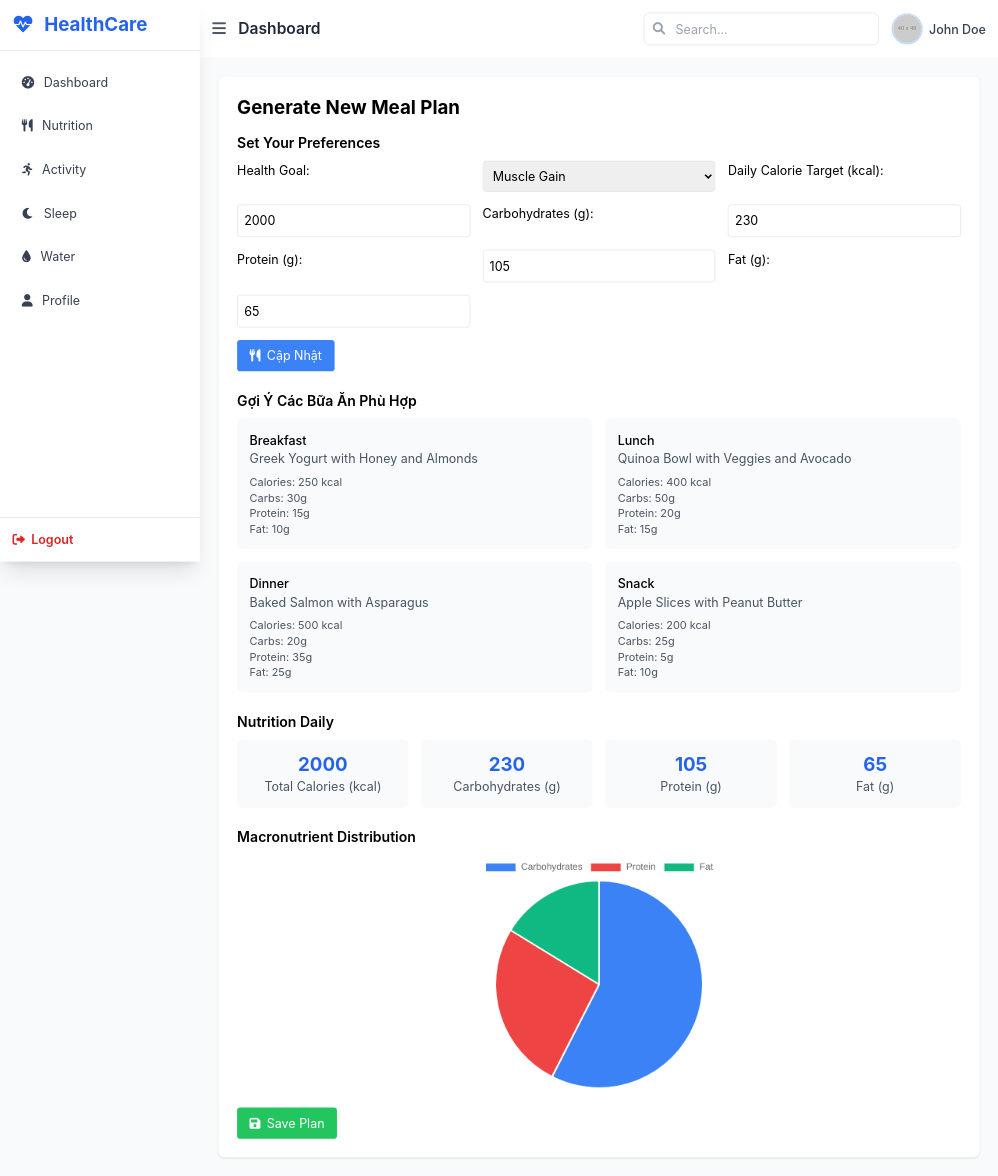
Repository: Khank2104/Khank
Page: http://localhost/generate_meal_plan/
An editor plug-in stored every save of this project. The page is shown before and after the next save, followed by the edit.
The browser window is 1280 px wide. The pictures show the whole page, at 78% of full size.
Some web libraries are served in a nearby version. The page is served by the project's application, run on Django 5.2 (manage.py). The first stored user is signed in. Other server files are loaded and not shown. The page reads the database file committed with the project.

Above is the page before, as saved 2025-05-17 10:45:58.

### main/templatetags/form_filters.py
from django import template

register = template.Library()

@register.filter(name='add_class')
def add_class(field, css_class):
    try:
        return field.as_widget(attrs={"class": css_class})
    except AttributeError:
        return field  # fallback nếu field không có .as_widget

### main/templates/main/generate_meal_plan.html
{% extends 'main/base.html' %}
{% load form_filters %}
{% block title %}Tạo bữa ăn{% endblock %}

{% block content %}
<div class="bg-white p-6 rounded-lg shadow">
    <h2 class="text-2xl font-bold mb-4">Generate New Meal Plan</h2>

    <!-- User Preferences Form -->
    <div class="mb-6">
        <h3 class="text-lg font-semibold mb-2">Set Your Preferences</h3>
        <form method="POST" class="grid grid-cols-1 md:grid-cols-3 gap-4">
            {% csrf_token %}
            {{ form.goal_type.label_tag }}
            {{ form.goal_type|add_class:"w-full p-2 border rounded" }}

            {{ form.calorie_target.label_tag }}
            {{ form.calorie_target|add_class:"w-full p-2 border rounded" }}

            {{ form.carbs.label_tag }}
            {{ form.carbs|add_class:"w-full p-2 border rounded" }}

            {{ form.protein.label_tag }}
            {{ form.protein|add_class:"w-full p-2 border rounded" }}

            {{ form.fat.label_tag }}
            {{ form.fat|add_class:"w-full p-2 border rounded" }}

            <div class="md:col-span-3 flex items-end">
                <button type="submit" class="bg-blue-500 text-white px-4 py-2 rounded hover:bg-blue-600">
                    <i class="fas fa-utensils mr-2"></i>Cập Nhật
                </button>
            </div>
        </form>
    </div>

    <!-- Generated Meal Plan -->
    <div class="mb-6">
        <h3 class="text-lg font-semibold mb-2">Gợi Ý Các Bữa Ăn Phù Hợp</h3>
        <div class="grid grid-cols-1 md:grid-cols-2 gap-4">
            <div class="bg-gray-50 p-4 rounded-lg">
                <h4 class="font-medium">Breakfast</h4>
                <p class="text-gray-600">Greek Yogurt with Honey and Almonds</p>
                <ul class="text-gray-600 text-sm mt-2">
                    <li>Calories: 250 kcal</li>
                    <li>Carbs: 30g</li>
                    <li>Protein: 15g</li>
                    <li>Fat: 10g</li>
                </ul>
            </div>
            <div class="bg-gray-50 p-4 rounded-lg">
                <h4 class="font-medium">Lunch</h4>
                <p class="text-gray-600">Quinoa Bowl with Veggies and Avocado</p>
                <ul class="text-gray-600 text-sm mt-2">
                    <li>Calories: 400 kcal</li>
                    <li>Carbs: 50g</li>
                    <li>Protein: 20g</li>
                    <li>Fat: 15g</li>
                </ul>
            </div>
            <div class="bg-gray-50 p-4 rounded-lg">
                <h4 class="font-medium">Dinner</h4>
                <p class="text-gray-600">Baked Salmon with Asparagus</p>
                <ul class="text-gray-600 text-sm mt-2">
                    <li>Calories: 500 kcal</li>
                    <li>Carbs: 20g</li>
                    <li>Protein: 35g</li>
                    <li>Fat: 25g</li>
                </ul>
            </div>
            <div class="bg-gray-50 p-4 rounded-lg">
                <h4 class="font-medium">Snack</h4>
                <p class="text-gray-600">Apple Slices with Peanut Butter</p>
                <ul class="text-gray-600 text-sm mt-2">
                    <li>Calories: 200 kcal</li>
                    <li>Carbs: 25g</li>
                    <li>Protein: 5g</li>
                    <li>Fat: 10g</li>
                </ul>
            </div>
        </div>
    </div>

    <!-- Nutrition Daily -->
    <div class="mb-6">
        <h3 class="text-lg font-semibold mb-2">Nutrition Daily</h3>
        <div class="grid grid-cols-1 md:grid-cols-4 gap-4">
            <div class="bg-gray-50 p-4 rounded-lg text-center">
                <p class="text-2xl font-bold text-blue-600">{{ form.calorie_target.value }}</p>
                <p class="text-gray-600">Total Calories (kcal)</p>
            </div>
            <div class="bg-gray-50 p-4 rounded-lg text-center">
                <p class="text-2xl font-bold text-blue-600">{{ form.carbs.value }}</p>
                <p class="text-gray-600">Carbohydrates (g)</p>
            </div>
            <div class="bg-gray-50 p-4 rounded-lg text-center">
                <p class="text-2xl font-bold text-blue-600">{{ form.protein.value }}</p>
                <p class="text-gray-600">Protein (g)</p>
            </div>
            <div class="bg-gray-50 p-4 rounded-lg text-center">
                <p class="text-2xl font-bold text-blue-600">{{ form.fat.value }}</p>
                <p class="text-gray-600">Fat (g)</p>
            </div>
        </div>
    </div>

    <!-- Macronutrient Distribution Chart -->
    <div class="mb-6">
        <h3 class="text-lg font-semibold mb-2">Macronutrient Distribution</h3>
        <div class="chart-container">
            <canvas id="macroChart"></canvas>
        </div>
    </div>

    <!-- Save or Share Plan -->
    <form method="POST" action="{% url 'save_meal_plan' %}">
        {% csrf_token %}
        <!-- hidden fields để giữ lại dữ liệu -->
        <input type="hidden" name="goal_type" value="{{ form.goal_type.value }}">
        <input type="hidden" name="calorie_target" value="{{ form.calorie_target.value }}">
        <input type="hidden" name="carbs" value="{{ form.carbs.value }}">
        <input type="hidden" name="protein" value="{{ form.protein.value }}">
        <input type="hidden" name="fat" value="{{ form.fat.value }}">

        <button class="bg-green-500 text-white px-4 py-2 rounded hover:bg-green-600">
            <i class="fas fa-save mr-2"></i>Save Plan
        </button>
    </form>

</div>
<script>
    // Macronutrient Distribution Chart (Pie)
    const macroCtx = document.getElementById('macroChart').getContext('2d');
    new Chart(macroCtx, {
        type: 'pie',
        data: {
            labels: ['Carbohydrates', 'Protein', 'Fat'],
            datasets: [{
                data: [
                    parseInt("{{ form.carbs.value|default_if_none:0 }}"),
                    parseInt("{{ form.protein.value|default_if_none:0 }}"),
                    parseInt("{{ form.fat.value|default_if_none:0 }}")
                ],
                backgroundColor: [
                    'rgb(59, 130, 246)',
                    'rgb(239, 68, 68)',
                    'rgb(16, 185, 129)'
                ],
                borderColor: '#fff',
                borderWidth: 2
            }]
        },
        options: {
            responsive: true,
            maintainAspectRatio: false,
            plugins: {
                legend: {
                    position: 'bottom'
                }
            }
        }
    });
</script>
{% endblock %}

### accounts/models.py
from django.contrib.auth.models import AbstractUser
from django.db import models

class User(AbstractUser):
    email = models.EmailField(unique=True)

    USERNAME_FIELD = 'email'
    REQUIRED_FIELDS = ['username']

    date_of_birth = models.DateField(null=True, blank=True)
    height_cm = models.FloatField(null=True, blank=True)
    weight_kg = models.FloatField(null=True, blank=True)
    gender = models.CharField(
        max_length=10,
        choices=[('male', 'Nam'), ('female', 'Nữ')],
        null=True,
        blank=True
    )

    @property
    def bmi(self):
        if self.height_cm and self.weight_kg:
            height_m = self.height_cm / 100
            return round(self.weight_kg / (height_m ** 2), 1)
        return None

### nutrition/forms.py
from django import forms

GOAL_CHOICES = [
    ('weight_loss', 'Weight Loss'),
    ('muscle_gain', 'Muscle Gain'),
    ('maintenance', 'Maintenance'),
    ('energy', 'Improve Energy'),
]

class GoalSelectionForm(forms.Form):
    goal_type = forms.ChoiceField(choices=GOAL_CHOICES, label='Health Goal')

    # Các trường còn lại để readonly (không required)
    calorie_target = forms.IntegerField(label='Daily Calorie Target (kcal)', required=False)
    carbs = forms.IntegerField(label='Carbohydrates (g)', required=False)
    protein = forms.IntegerField(label='Protein (g)', required=False)
    fat = forms.IntegerField(label='Fat (g)', required=False)

### nutrition/models.py
from django.db import models

class GoalRecommendation(models.Model):
    GOAL_CHOICES = [
        ('weight_loss', 'Weight Loss'),
        ('muscle_gain', 'Muscle Gain'),
        ('maintenance', 'Maintenance'),
        ('energy', 'Improve Energy'),
    ]

    goal_type = models.CharField(max_length=20, choices=GOAL_CHOICES)
    bmi_min = models.FloatField()
    bmi_max = models.FloatField()
    calories = models.PositiveIntegerField()
    carbs = models.PositiveIntegerField()
    protein = models.PositiveIntegerField()
    fat = models.PositiveIntegerField()

    def __str__(self):
        return f"{self.goal_type} (BMI {self.bmi_min}-{self.bmi_max})"

from django.conf import settings

class SavedMealPlan(models.Model):
    user = models.OneToOneField(settings.AUTH_USER_MODEL, on_delete=models.CASCADE)
    goal_type = models.CharField(max_length=20, choices=GoalRecommendation.GOAL_CHOICES)
    calorie_target = models.PositiveIntegerField()
    carbs = models.PositiveIntegerField()
    protein = models.PositiveIntegerField()
    fat = models.PositiveIntegerField()

    def __str__(self):
        return f"SavedPlan for {self.user.email}"



#test

class SuggestedMeal(models.Model):
    MEAL_TYPE_CHOICES = [
        ('breakfast', 'Breakfast'),
        ('lunch', 'Lunch'),
        ('dinner', 'Dinner'),
        ('snack', 'Snack'),
    ]
    GOAL_CHOICES = [
        ('weight_loss', 'Weight Loss'),
        ('muscle_gain', 'Muscle Gain'),
        ('maintenance', 'Maintenance'),
        ('energy', 'Improve Energy'),
    ]

    goal_type = models.CharField(max_length=20, choices=GOAL_CHOICES)
    bmi_min = models.FloatField()
    bmi_max = models.FloatField()
    meal_type = models.CharField(max_length=10, choices=MEAL_TYPE_CHOICES)
    meal_name = models.CharField(max_length=100)
    calories = models.PositiveIntegerField()
    carbs = models.PositiveIntegerField()
    protein = models.PositiveIntegerField()
    fat = models.PositiveIntegerField()

    def __str__(self):
        return f"{self.meal_type}: {self.meal_name} ({self.goal_type})"

### healthcare/urls.py
"""
URL configuration for healthcare project.

The `urlpatterns` list routes URLs to views. For more information please see:
    https://docs.djangoproject.com/en/5.2/topics/http/urls/
Examples:
Function views
    1. Add an import:  from my_app import views
    2. Add a URL to urlpatterns:  path('', views.home, name='home')
Class-based views
    1. Add an import:  from other_app.views import Home
    2. Add a URL to urlpatterns:  path('', Home.as_view(), name='home')
Including another URLconf
    1. Import the include() function: from django.urls import include, path
    2. Add a URL to urlpatterns:  path('blog/', include('blog.urls'))
"""

from django.contrib import admin
from django.urls import path, include


urlpatterns = [
    path('', include('main.urls')),  # Điều hướng chính
    path('admin/', admin.site.urls),

]

### main/urls.py
from django.urls import path
from . import views

from django.urls import path
from . import views
from django.contrib.auth.views import LogoutView
urlpatterns = [
    path('', views.dashboard, name='dashboard'),  # Trang mặc định sau đăng nhập
    path('index/', views.index, name='index'),    # Trang landing (giới thiệu, landing page)
    path('activity/', views.activity, name='activity'),
    path('generate_meal_plan/', views.generate_meal_plan, name='generate_meal_plan'),
    path('generate_exercises/', views.generate_exercises, name='generate_exercises'),
    path('nutrition/', views.nutrition, name='nutrition'),
    path('sleep/', views.sleep, name='sleep'),
    path('water_intake/', views.water_intake, name='water_intake'),
    path('profile/', views.profile, name='profile'),
    path('authenticate/', views.authenticate_view, name='authenticate'),
    path('about/', views.about, name='about'),
    path('service/', views.service, name='service'),
    path('contact/', views.contact, name='contact'),
     path('logout/', LogoutView.as_view(next_page='/authenticate/'), name='logout'),
     path('signup/', views.signup_view, name='signup'),
    path('save_plan/', views.save_meal_plan, name='save_meal_plan'),

]

### main/static/css/styles.css
body {
    font-family: "Inter", sans-serif;
}

.sidebar {
    transition: transform 0.3s ease;
    transform: translateX(0);
}

.sidebar-hidden {
    transform: translateX(-100%);
}

.main-content {
    transition: margin-left 0.3s ease;
}

.nutrition-chart-container {
    position: relative;
    height: 200px;
    width: 200px;
}

.card {
    transition: transform 0.3s ease, box-shadow 0.3s ease;
}

.card:hover {
    transform: translateY(-5px);
    box-shadow: 0 10px 20px rgba(0, 0, 0, 0.1);
}

.gradient-bg {
    background: linear-gradient(135deg, #3b82f6, #60a5fa);
}
.progress-circle {
    position: relative;
    width: 120px;
    height: 120px;
    margin: 0 auto;
}
.progress-circle svg {
    transform: rotate(-90deg);
}
.progress-circle .circle-bg {
    fill: none;
    stroke: #e5e7eb;
    stroke-width: 10;
}
.progress-circle .circle {
    fill: none;
    stroke: #38bdf8;
    stroke-width: 10;
    stroke-linecap: round;
    stroke-dasharray: 314;
    stroke-dashoffset: 0;
    transition: stroke-dashoffset 0.5s ease;
}
.progress-circle .text {
    position: absolute;
    top: 50%;
    left: 50%;
    transform: translate(-50%, -50%);
    font-size: 1.5rem;
    font-weight: bold;
    color: #1e40af;
}
@media (max-width: 768px) {
    .sidebar {
        transform: translateX(-100%);
    }

    .sidebar-hidden {
        transform: translateX(-100%);
    }

    .sidebar:not(.sidebar-hidden) {
        transform: translateX(0);
    }

    .main-content {
        margin-left: 0 !important;
    }
}

.chart-container {
    position: relative;
    height: 300px;
}

### db.sqlite3 (the tables this page reads, as SQL)
CREATE TABLE "accounts_user" ("id" integer NOT NULL PRIMARY KEY AUTOINCREMENT, "password" varchar(128) NOT NULL, "last_login" datetime NULL, "is_superuser" bool NOT NULL, "username" varchar(150) NOT NULL UNIQUE, "first_name" varchar(150) NOT NULL, "last_name" varchar(150) NOT NULL, "is_staff" bool NOT NULL, "is_active" bool NOT NULL, "date_joined" datetime NOT NULL, "date_of_birth" date NULL, "height_cm" real NULL, "weight_kg" real NULL, "gender" varchar(10) NULL, "email" varchar(254) NOT NULL UNIQUE, "last_weight_update" date NULL);
INSERT INTO "accounts_user" VALUES
(1, 'pbkdf2_sha256$1000000$89Nfag4CzvaoSIYnkGKqeh$k6QK25u3SlKRuifElngOElyH8S2tV/NwaGY9JKVfLUc=', '2025-06-03 11:11:44.468077', 1, 'admin', 'admin', 'admin', 1, 1, '2025-05-17 06:22:47.186972', '1994-12-12', 170.0, 70.0, 'male', 'admin@gmail.com', NULL),
(2, 'pbkdf2_sha256$1000000$KhZjVpHFrdMJ07XPteB4bX$SYqnBSLvU8hlZeWscY4M6WAyuxn2LRkAWmxr7Bxdqc8=', '2025-05-18 16:00:04.813906', 0, 'khanh', 'nguyen', 'Khanh', 0, 1, '2025-05-17 20:26:37.598070', '1994-12-12', 170.0, 60.0, 'male', 'khanh@gmail.com', NULL),
(3, 'pbkdf2_sha256$1000000$isnIHZgWomAYekvJXPzwIb$olWZcaqmkukywDyD0G8BSDYcML+y1iff+F+SE7zy7ng=', '2025-05-18 15:08:22.650568', 0, 'hung', 'hung', 'hung', 0, 1, '2025-05-18 15:08:21.751547', '2002-09-10', 170.0, 60.0, 'male', 'hung@gmail.com', NULL),
(4, 'pbkdf2_sha256$1000000$DYlPa6VoLDIWjPlEWTdr8Z$yGGaOo86K16G++DEyGq3MrLTWD8nsj6julzhztAUZmU=', '2025-05-18 15:21:08.871498', 0, 'tin', 'tin', 'nguyen', 0, 1, '2025-05-18 15:19:35.423499', '1991-09-10', 170.0, 70.0, 'male', 'tin@gmail.com', NULL),
(5, 'pbkdf2_sha256$1000000$pNa38njcJTdTWCqLpasV3G$bJluGPZ1ZHa/AOC56Yk7O0zsc6+lITcqc88lK7fI2c4=', '2025-05-18 15:44:30.583935', 0, 'khang', 'khang', 'nguyen', 0, 1, '2025-05-18 15:44:30.169527', '2001-09-02', 170.0, 56.0, 'male', 'khang@gmail.com', NULL),
(6, 'pbkdf2_sha256$1000000$NbDcqMi72pvjHB5sd7FEVR$q1yT0kZJN3+p1ukOy7WRVtTV/iO4J1Imh+5xgd1GNaM=', '2025-06-03 13:42:24.536930', 0, 'Khank', 'khánh', 'Nguyễn', 0, 1, '2025-05-18 16:45:23.822279', '2004-04-21', 170.0, 55.0, 'male', 'nnkhanh159@gmail.com', NULL),
(7, 'pbkdf2_sha256$1000000$wLqZVnfa3k81ZQL3SsTair$b0bxNBgp3Bhz3RqxZYlHQ+4kH7gkseEq018ek/YBdII=', '2025-05-20 01:47:28.976001', 0, 'tinthanh', 'tin', 'thanh', 0, 1, '2025-05-20 01:47:28.621010', '2004-09-22', 170.0, 70.0, 'male', 'tin123@gmail.com', NULL),
(8, 'pbkdf2_sha256$1000000$iGPZXDTAW8CunOpDd9vVkm$S5uflzA96nnqsNGCf9YZTrtJJbj04XZh+NLf4Ai6Izo=', '2025-05-20 02:45:31.633477', 0, 'khank', 'khank', 'nguyen', 0, 1, '2025-05-20 02:45:31.288118', '2004-04-21', 170.0, 54.5, 'male', 'khank@gmail.com', '2025-05-21'),
(9, 'pbkdf2_sha256$1000000$QVzsIC1WBJaD9UzpYBIn8K$rbTf++F5mdUwlg+DKRIK5Enkx3OsfMNbR+7JjFZl5I0=', '2025-05-29 04:02:34.226480', 0, 'huy', 'huy', 'quoc', 0, 1, '2025-05-29 04:02:33.839614', '2004-04-21', 170.0, 60.0, 'male', 'huy123@gmail.com', NULL),
(10, 'pbkdf2_sha256$1000000$3MQpEpOBe8k78pY6Vy3bUM$3qCZ6ebsplyrCR1flrw4XzSo3qJNKCwkjLN8YU55sHA=', '2025-05-31 11:05:36.220812', 0, 'test', 'test', 'test', 0, 1, '2025-05-31 11:05:35.859565', '2004-05-22', 165.0, 50.0, 'female', 'test@gmail.com', NULL),
(11, 'pbkdf2_sha256$1000000$mFSsqaq53FSsXIZM0Cy7ZI$lzaSADGixIpagGp6rpWhEgRo49uzfvPC1r6OdgBA2IA=', '2025-05-31 18:30:31.372236', 0, 'demo', 'demo', 'doan', 0, 1, '2025-05-31 18:02:59.310563', '2004-06-22', 180.0, 60.0, 'male', 'demo@gmail.com', NULL);

CREATE TABLE "nutrition_savedmealplan" ("id" integer NOT NULL PRIMARY KEY AUTOINCREMENT, "goal_type" varchar(20) NOT NULL, "calorie_target" integer unsigned NOT NULL CHECK ("calorie_target" >= 0), "carbs" integer unsigned NOT NULL CHECK ("carbs" >= 0), "protein" integer unsigned NOT NULL CHECK ("protein" >= 0), "fat" integer unsigned NOT NULL CHECK ("fat" >= 0), "user_id" bigint NOT NULL UNIQUE REFERENCES "accounts_user" ("id") DEFERRABLE INITIALLY DEFERRED);
INSERT INTO "nutrition_savedmealplan" VALUES
(1, 'muscle_gain', 2000, 230, 105, 65, 1),
(2, 'muscle_gain', 2200, 250, 110, 70, 2),
(3, 'weight_loss', 1500, 160, 75, 40, 4),
(4, 'weight_loss', 1800, 200, 80, 50, 6),
(5, 'muscle_gain', 1900, 220, 100, 60, 8),
(6, 'muscle_gain', 1900, 220, 100, 60, 10),
(7, 'muscle_gain', 1900, 220, 100, 60, 11);

Loaded but not shown: main/static/js/main.js (26 lines, source omitted); main/views.py (215 lines, source omitted); main/templates/main/base.html (111 lines, source omitted)

After the next save:
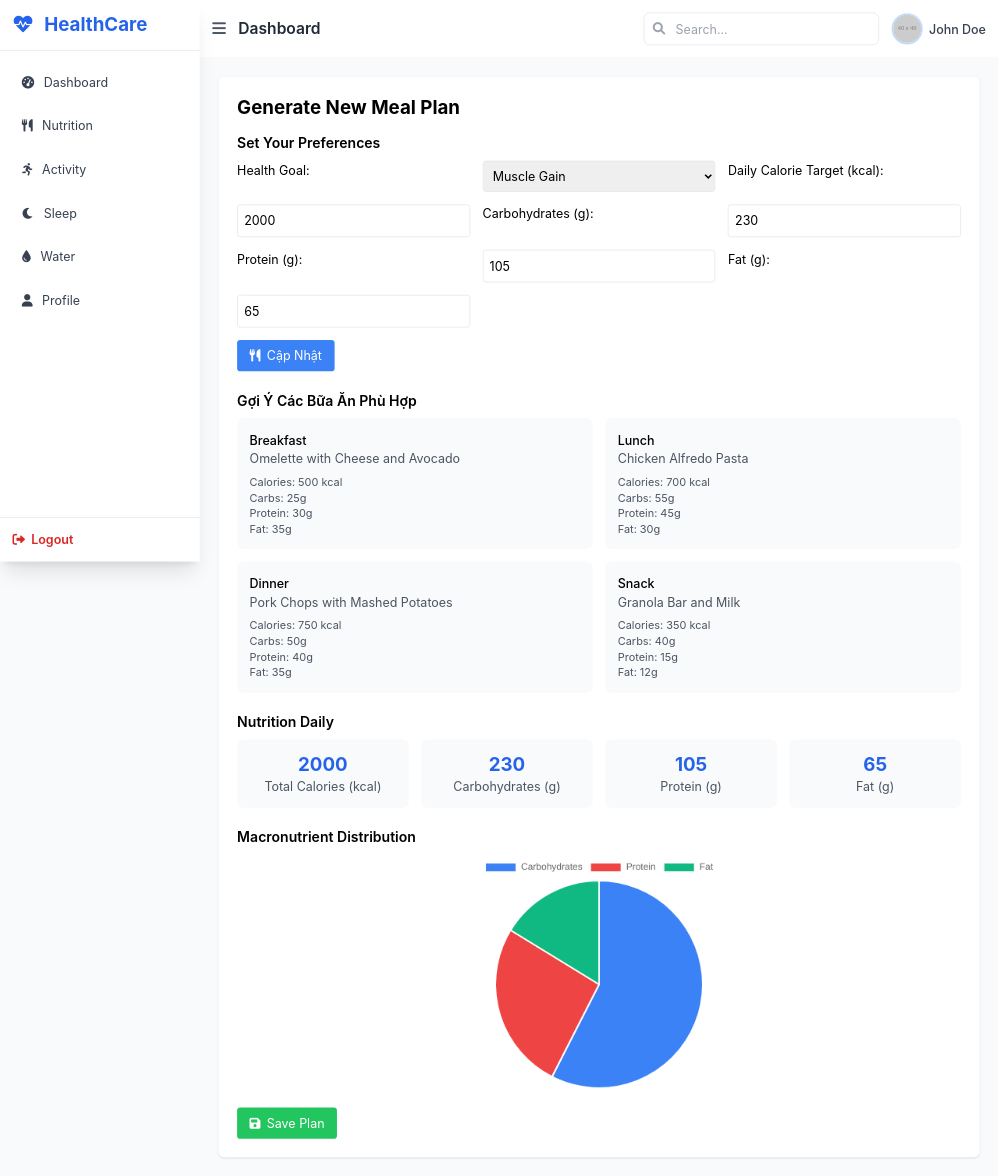
Saved 55 s later.
--- a/main/templates/main/generate_meal_plan.html
+++ b/main/templates/main/generate_meal_plan.html
@@ -38,48 +38,21 @@
     <div class="mb-6">
         <h3 class="text-lg font-semibold mb-2">Gợi Ý Các Bữa Ăn Phù Hợp</h3>
         <div class="grid grid-cols-1 md:grid-cols-2 gap-4">
+            {% for meal in suggested_meals %}
             <div class="bg-gray-50 p-4 rounded-lg">
-                <h4 class="font-medium">Breakfast</h4>
-                <p class="text-gray-600">Greek Yogurt with Honey and Almonds</p>
+                <h4 class="font-medium capitalize">{{ meal.meal_type }}</h4>
+                <p class="text-gray-600">{{ meal.meal_name }}</p>
                 <ul class="text-gray-600 text-sm mt-2">
-                    <li>Calories: 250 kcal</li>
-                    <li>Carbs: 30g</li>
-                    <li>Protein: 15g</li>
-                    <li>Fat: 10g</li>
+                    <li>Calories: {{ meal.calories }} kcal</li>
+                    <li>Carbs: {{ meal.carbs }}g</li>
+                    <li>Protein: {{ meal.protein }}g</li>
+                    <li>Fat: {{ meal.fat }}g</li>
                 </ul>
             </div>
-            <div class="bg-gray-50 p-4 rounded-lg">
-                <h4 class="font-medium">Lunch</h4>
-                <p class="text-gray-600">Quinoa Bowl with Veggies and Avocado</p>
-                <ul class="text-gray-600 text-sm mt-2">
-                    <li>Calories: 400 kcal</li>
-                    <li>Carbs: 50g</li>
-                    <li>Protein: 20g</li>
-                    <li>Fat: 15g</li>
-                </ul>
-            </div>
-            <div class="bg-gray-50 p-4 rounded-lg">
-                <h4 class="font-medium">Dinner</h4>
-                <p class="text-gray-600">Baked Salmon with Asparagus</p>
-                <ul class="text-gray-600 text-sm mt-2">
-                    <li>Calories: 500 kcal</li>
-                    <li>Carbs: 20g</li>
-                    <li>Protein: 35g</li>
-                    <li>Fat: 25g</li>
-                </ul>
-            </div>
-            <div class="bg-gray-50 p-4 rounded-lg">
-                <h4 class="font-medium">Snack</h4>
-                <p class="text-gray-600">Apple Slices with Peanut Butter</p>
-                <ul class="text-gray-600 text-sm mt-2">
-                    <li>Calories: 200 kcal</li>
-                    <li>Carbs: 25g</li>
-                    <li>Protein: 5g</li>
-                    <li>Fat: 10g</li>
-                </ul>
-            </div>
+            {% endfor %}
         </div>
     </div>
+
 
     <!-- Nutrition Daily -->
     <div class="mb-6">
